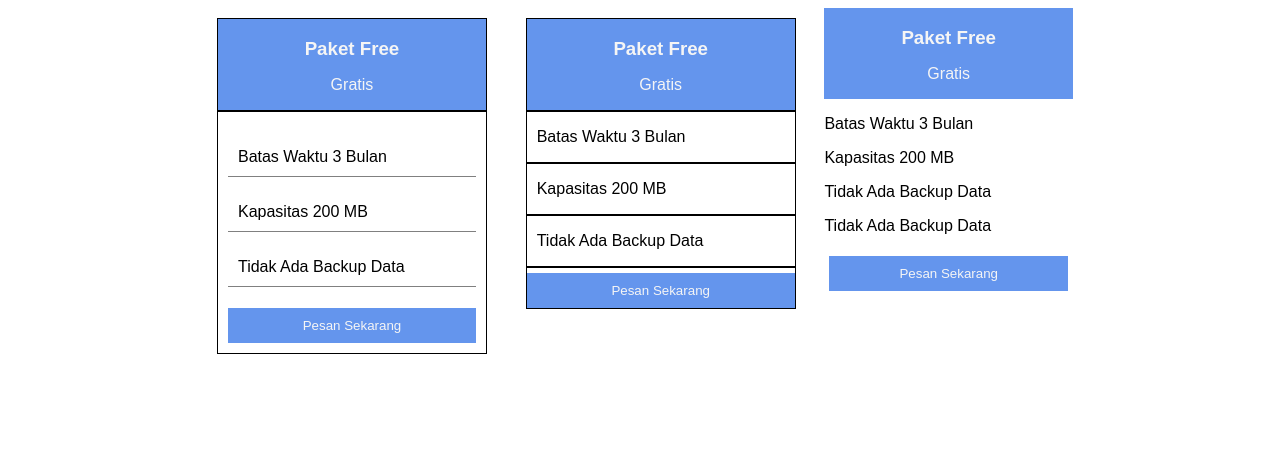
Repository: AHSANS354/tugas-sib5
Page: tugas css/index.html
An editor plug-in stored every save of this project. The page is shown before and after the next save, followed by the edit.
The browser window is 1280 px wide. The pictures show the whole page.

Above is the page before, as saved 2023-08-29 16:28:33.

### tugas css/index.html
<!DOCTYPE html>
<html lang="en">
  <head>
    <meta charset="UTF-8" />
    <meta name="viewport" content="width=device-width, initial-scale=1.0" />
    <title>Tugas css eksternal</title>
    <link rel="stylesheet" href="style.css" />
  </head>
  <body>
    <div class="container">
      <div class="row">
        <div class="col">
          <div class="card">
            <div class="header">
              <div>
                <h3>paket free</h3>
              </div>
              <div>
                <p>Gratis</p>
              </div>
            </div>
            <div class="content">
              <div>
                <p>batas waktu 3 bulan</p>
              </div>
              <div>
                <p>kapasitas 200 MB</p>
              </div>
              <div>
                <p>tidak ada backup data</p>
              </div>
              <div class="btn">
                <button type="button" class="tombol">pesan sekarang</button>
              </div>
            </div>
          </div>
          <div class="card2">
            <div class="header2">
              <div>
                <h3>paket free</h3>
              </div>
              <div>
                <p>Gratis</p>
              </div>
            </div>
            <div class="content2">
              <div>
                <p>batas waktu 3 bulan</p>
              </div>
              <div>
                <p>kapasitas 200 MB</p>
              </div>
              <div>
                <p>tidak ada backup data</p>
              </div>
              <div class="btn">
                <button type="button" class="tombol2">pesan sekarang</button>
              </div>
            </div>
          </div>
          <div class="card3">
            <div class="header3">
              <div>
                <h3>paket free</h3>
              </div>
              <div>
                <p>Gratis</p>
              </div>
            </div>
            <div class="content3">
              <div>
                <p>batas waktu 3 bulan</p>
              </div>
              <div>
                <p>kapasitas 200 MB</p>
              </div>
              <div>
                <p>tidak ada backup data</p>
              </div>
              <div>
                <p>tidak ada backup data</p>
              </div>
              <div class="btn">
                <button type="button" class="tombol3">pesan sekarang</button>
              </div>
            </div>
          </div>
        </div>
      </div>
    </div>
  </body>
</html>

### tugas css/style.css
* {
  font-family: sans-serif;
  text-transform: capitalize;
}
/* div awal */
.container {
  display: flex;
  justify-content: center;
}

.row {
  width: 70%;
}

.col {
  display: flex;
  justify-content: space-around;
}

.card {
  padding: 10px;
  width: 270px;
}

.content {
  border: 1px solid black;
  padding: 10px;
}

.content p {
  border-bottom: 1px solid gray;
  padding: 10px;
}

/* css tampilan card 1*/

.header {
  border: 1px solid black;
  background-color: cornflowerblue;
  color: whitesmoke;
  display: flex;
  justify-content: center;
  align-items: center;
  flex-direction: column;
}

.btn {
  display: flex;
  justify-content: center;
}

.tombol {
  width: 100%;
  margin-top: 5px;
  padding: 10px 70px;
  background-color: cornflowerblue;
  border: none;
  color: whitesmoke;
}

h3 {
  margin-bottom: 0;
}

/* css tampilan card 2 */
.card2 {
  padding: 10px;
  width: 270px;
}
.header2 {
  border: 1px solid black;
  background-color: cornflowerblue;
  color: whitesmoke;
  display: flex;
  justify-content: center;
  align-items: center;
  flex-direction: column;
}

.content2 div {
  border: 1px solid black;
}

.content2 p {
  padding-left: 10px;
}

.btn2 {
  border: 1px solid black;
  display: flex;
  justify-content: center;
}

.tombol2 {
  width: 100%;
  margin-top: 5px;
  padding: 10px 70px;
  background-color: cornflowerblue;
  border: none;
  color: whitesmoke;
}

h3 {
  margin-bottom: 0;
}

/* css tampilan card 3 */

.header3 {
  background-color: cornflowerblue;
  color: whitesmoke;
  display: flex;
  justify-content: center;
  align-items: center;
  flex-direction: column;
}

.tombol3 {
  width: 100%;
  margin: 5px;
  padding: 10px 70px;
  background-color: cornflowerblue;
  border: none;
  color: whitesmoke;
}

After the next save:
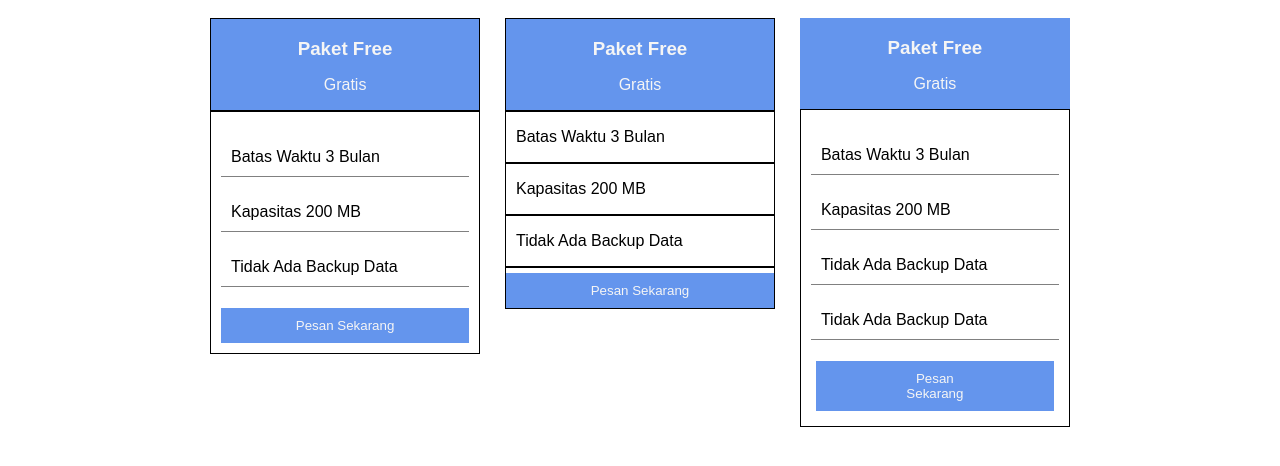
Saved 31 s later.
--- a/tugas css/index.html
+++ b/tugas css/index.html
@@ -58,7 +58,7 @@
               </div>
             </div>
           </div>
-          <div class="card3">
+          <div class="card">
             <div class="header3">
               <div>
                 <h3>paket free</h3>
@@ -67,7 +67,7 @@
                 <p>Gratis</p>
               </div>
             </div>
-            <div class="content3">
+            <div class="content">
               <div>
                 <p>batas waktu 3 bulan</p>
               </div>
